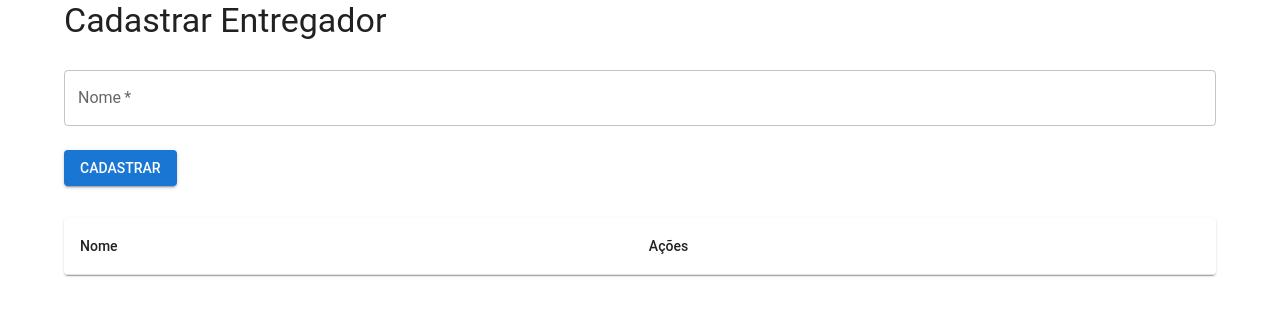
Repository: feliperanon/mobilegestao
Page: /add-entregador (app in frontend/)
The author's editor kept a copy of each file at every save. The page is drawn from the files as they stood at one save, then again after the next save.
The browser window is 1280 px wide. The pictures show the whole page.
The page's requests for data from a server got no answer. The project was rebuilt for these pictures with package versions that can differ from the ones it lists, and the page was loaded fresh each time. No one was signed in, and anything a server would have sent is missing. Also part of the build but not shown: frontend/webpack.config.js, frontend/src/pages/Home.js, frontend/src/pages/History.js, frontend/src/pages/Analysis.js, frontend/src/components/Dashboard.js, frontend/src/components/Login.js, frontend/src/components/Register.js, frontend/src/components/AddCliente.js and 1 more.

Above is the page before, as saved 2024-07-14 18:47:16.

### frontend/public/index.html
<!-- frontend/public/index.html -->

<!DOCTYPE html>
<html lang="en">
<head>
    <meta charset="UTF-8">
    <meta name="viewport" content="width=device-width, initial-scale=1.0">
    <title>Mobile Gestão</title>
</head>
<body>
    <div id="root"></div>
</body>
</html>

### frontend/src/index.js
// frontend/src/index.js

import React from 'react';
import ReactDOM from 'react-dom';
import { BrowserRouter as Router, Route, Switch } from 'react-router-dom';
import { ThemeProvider, createTheme } from '@mui/material/styles';
import CssBaseline from '@mui/material/CssBaseline';
import Home from './pages/Home';
import History from './pages/History';
import Analysis from './pages/Analysis';
import Dashboard from './components/Dashboard';
import Login from './components/Login';
import Register from './components/Register';
import AddEntregador from './components/AddEntregador';
import AddCliente from './components/AddCliente';
import AddStatus from './components/AddStatus';

const theme = createTheme({
  palette: {
    primary: {
      main: '#1976d2',
    },
    secondary: {
      main: '#dc004e',
    },
  },
  typography: {
    fontFamily: 'Roboto, Arial, sans-serif',
  },
});

ReactDOM.render(
  <ThemeProvider theme={theme}>
    <CssBaseline />
    <Router>
      <Switch>
        <Route path="/" exact component={Home} />
        <Route path="/login" component={Login} />
        <Route path="/register" component={Register} />
        <Route path="/dashboard" component={Dashboard} />
        <Route path="/history" component={History} />
        <Route path="/analysis" component={Analysis} />
        <Route path="/add-entregador" component={AddEntregador} />
        <Route path="/add-cliente" component={AddCliente} />
        <Route path="/add-status" component={AddStatus} />
      </Switch>
    </Router>
  </ThemeProvider>,
  document.getElementById('root')
);

### frontend/src/components/AddEntregador.js
// frontend/src/components/AddEntregador.js

import React, { useState, useEffect } from 'react';
import axios from 'axios';
import { Container, Typography, TextField, Button, Box, Table, TableBody, TableCell, TableContainer, TableHead, TableRow, Paper, IconButton } from '@mui/material';
import { Edit, Delete, Block } from '@mui/icons-material';

const AddEntregador = () => {
  const [nome, setNome] = useState('');
  const [entregadores, setEntregadores] = useState([]);
  const [editingId, setEditingId] = useState(null);

  const fetchEntregadores = async () => {
    const res = await axios.get('http://localhost:5008/api/lists/entregadores');
    setEntregadores(res.data);
  };

  useEffect(() => {
    fetchEntregadores();
  }, []);

  const handleSubmit = async (e) => {
    e.preventDefault();
    try {
      if (editingId) {
        await axios.put(`http://localhost:5008/api/lists/entregadores/${editingId}`, { nome });
        setEditingId(null);
      } else {
        await axios.post('http://localhost:5008/api/lists/entregadores', { nome });
      }
      setNome('');
      fetchEntregadores();
      alert('Entregador cadastrado/editado com sucesso!');
    } catch (err) {
      console.error(err);
      alert('Erro ao cadastrar/editando entregador.');
    }
  };

  const handleEdit = (id, currentNome) => {
    setNome(currentNome);
    setEditingId(id);
  };

  const handleDelete = async (id) => {
    try {
      await axios.delete(`http://localhost:5008/api/lists/entregadores/${id}`);
      fetchEntregadores();
      alert('Entregador excluído com sucesso!');
    } catch (err) {
      console.error(err);
      alert('Erro ao excluir entregador.');
    }
  };

  const handleDeactivate = async (id) => {
    try {
      await axios.patch(`http://localhost:5008/api/lists/entregadores/${id}/deactivate`);
      fetchEntregadores();
      alert('Entregador desativado com sucesso!');
    } catch (err) {
      console.error(err);
      alert('Erro ao desativar entregador.');
    }
  };

  return (
    <Container>
      <Typography variant="h4" component="h1" gutterBottom>
        Cadastrar Entregador
      </Typography>
      <Box component="form" onSubmit={handleSubmit} sx={{ mb: 4 }}>
        <TextField
          label="Nome"
          value={nome}
          onChange={(e) => setNome(e.target.value)}
          fullWidth
          required
          margin="normal"
        />
        <Button type="submit" variant="contained" color="primary" sx={{ mt: 2 }}>
          {editingId ? 'Editar' : 'Cadastrar'}
        </Button>
      </Box>
      <TableContainer component={Paper}>
        <Table>
          <TableHead>
            <TableRow>
              <TableCell>Nome</TableCell>
              <TableCell>Ações</TableCell>
            </TableRow>
          </TableHead>
          <TableBody>
            {entregadores.map((entregador) => (
              <TableRow key={entregador._id}>
                <TableCell>{entregador.nome}</TableCell>
                <TableCell>
                  <IconButton onClick={() => handleEdit(entregador._id, entregador.nome)}>
                    <Edit />
                  </IconButton>
                  <IconButton onClick={() => handleDelete(entregador._id)}>
                    <Delete />
                  </IconButton>
                  <IconButton onClick={() => handleDeactivate(entregador._id)}>
                    <Block />
                  </IconButton>
                </TableCell>
              </TableRow>
            ))}
          </TableBody>
        </Table>
      </TableContainer>
    </Container>
  );
};

export default AddEntregador;

After the next save:
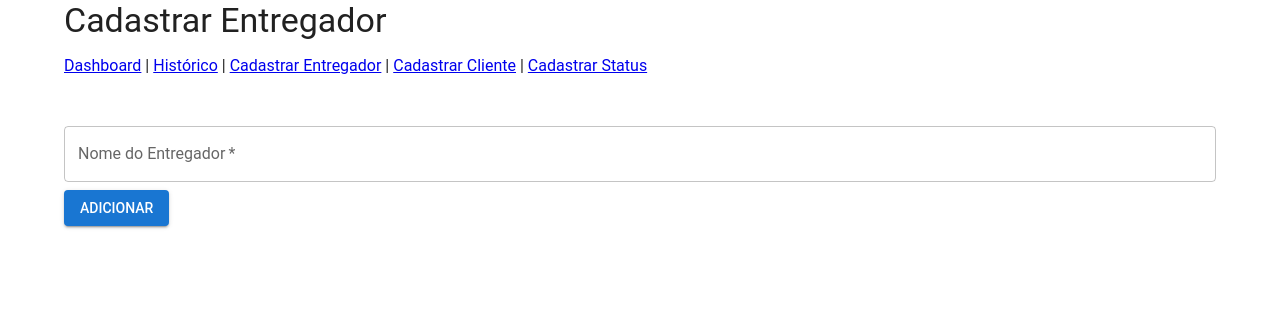
Saved 53 s later.
--- a/frontend/src/components/AddEntregador.js
+++ b/frontend/src/components/AddEntregador.js
@@ -1,66 +1,20 @@
-// frontend/src/components/AddEntregador.js
+// frontend/src/pages/AddEntregador.js
 
-import React, { useState, useEffect } from 'react';
+import React, { useState } from 'react';
 import axios from 'axios';
-import { Container, Typography, TextField, Button, Box, Table, TableBody, TableCell, TableContainer, TableHead, TableRow, Paper, IconButton } from '@mui/material';
-import { Edit, Delete, Block } from '@mui/icons-material';
+import { Container, TextField, Button, Typography, Box } from '@mui/material';
+import { Link } from 'react-router-dom';
 
 const AddEntregador = () => {
   const [nome, setNome] = useState('');
-  const [entregadores, setEntregadores] = useState([]);
-  const [editingId, setEditingId] = useState(null);
-
-  const fetchEntregadores = async () => {
-    const res = await axios.get('http://localhost:5008/api/lists/entregadores');
-    setEntregadores(res.data);
-  };
-
-  useEffect(() => {
-    fetchEntregadores();
-  }, []);
 
   const handleSubmit = async (e) => {
     e.preventDefault();
     try {
-      if (editingId) {
-        await axios.put(`http://localhost:5008/api/lists/entregadores/${editingId}`, { nome });
-        setEditingId(null);
-      } else {
-        await axios.post('http://localhost:5008/api/lists/entregadores', { nome });
-      }
+      await axios.post('http://localhost:5008/api/lists/entregadores', { nome });
       setNome('');
-      fetchEntregadores();
-      alert('Entregador cadastrado/editado com sucesso!');
     } catch (err) {
-      console.error(err);
-      alert('Erro ao cadastrar/editando entregador.');
-    }
-  };
-
-  const handleEdit = (id, currentNome) => {
-    setNome(currentNome);
-    setEditingId(id);
-  };
-
-  const handleDelete = async (id) => {
-    try {
-      await axios.delete(`http://localhost:5008/api/lists/entregadores/${id}`);
-      fetchEntregadores();
-      alert('Entregador excluído com sucesso!');
-    } catch (err) {
-      console.error(err);
-      alert('Erro ao excluir entregador.');
-    }
-  };
-
-  const handleDeactivate = async (id) => {
-    try {
-      await axios.patch(`http://localhost:5008/api/lists/entregadores/${id}/deactivate`);
-      fetchEntregadores();
-      alert('Entregador desativado com sucesso!');
-    } catch (err) {
-      console.error(err);
-      alert('Erro ao desativar entregador.');
+      console.error('Erro ao adicionar entregador', err);
     }
   };
 
@@ -69,47 +23,26 @@ const AddEntregador = () => {
       <Typography variant="h4" component="h1" gutterBottom>
         Cadastrar Entregador
       </Typography>
-      <Box component="form" onSubmit={handleSubmit} sx={{ mb: 4 }}>
+      <nav>
+        <Link to="/dashboard">Dashboard</Link> |{' '}
+        <Link to="/history">Histórico</Link> |{' '}
+        <Link to="/add-entregador">Cadastrar Entregador</Link> |{' '}
+        <Link to="/add-cliente">Cadastrar Cliente</Link> |{' '}
+        <Link to="/add-status">Cadastrar Status</Link>
+      </nav>
+      <Box component="form" onSubmit={handleSubmit} sx={{ mt: 4 }}>
         <TextField
-          label="Nome"
+          label="Nome do Entregador"
           value={nome}
           onChange={(e) => setNome(e.target.value)}
           fullWidth
           required
           margin="normal"
         />
-        <Button type="submit" variant="contained" color="primary" sx={{ mt: 2 }}>
-          {editingId ? 'Editar' : 'Cadastrar'}
+        <Button type="submit" variant="contained" color="primary">
+          Adicionar
         </Button>
       </Box>
-      <TableContainer component={Paper}>
-        <Table>
-          <TableHead>
-            <TableRow>
-              <TableCell>Nome</TableCell>
-              <TableCell>Ações</TableCell>
-            </TableRow>
-          </TableHead>
-          <TableBody>
-            {entregadores.map((entregador) => (
-              <TableRow key={entregador._id}>
-                <TableCell>{entregador.nome}</TableCell>
-                <TableCell>
-                  <IconButton onClick={() => handleEdit(entregador._id, entregador.nome)}>
-                    <Edit />
-                  </IconButton>
-                  <IconButton onClick={() => handleDelete(entregador._id)}>
-                    <Delete />
-                  </IconButton>
-                  <IconButton onClick={() => handleDeactivate(entregador._id)}>
-                    <Block />
-                  </IconButton>
-                </TableCell>
-              </TableRow>
-            ))}
-          </TableBody>
-        </Table>
-      </TableContainer>
     </Container>
   );
 };
